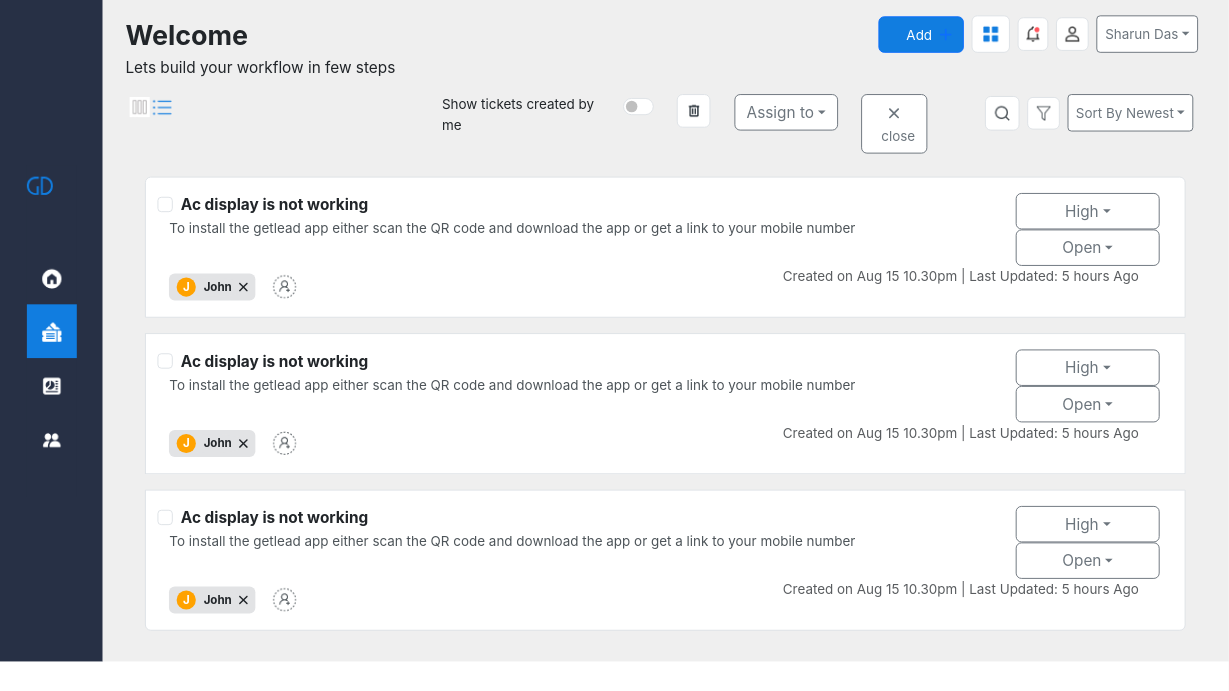
Repository: rishikarajeev/GL_HelpDesk
Page: /
An editor plug-in stored every save of this project. The page is shown before and after a run of saves, followed by the edit.
The browser window is 1280 px wide. The pictures show the whole page, at 96% of full size.
The project was rebuilt for these pictures with package versions that can differ from the ones it lists, and the page was loaded fresh each time. Also part of the build but not shown: src/App.css, src/Pages/HomePage.jsx.

Above is the page before, as saved 2024-01-11 14:12:19.

After the next 5 saves:
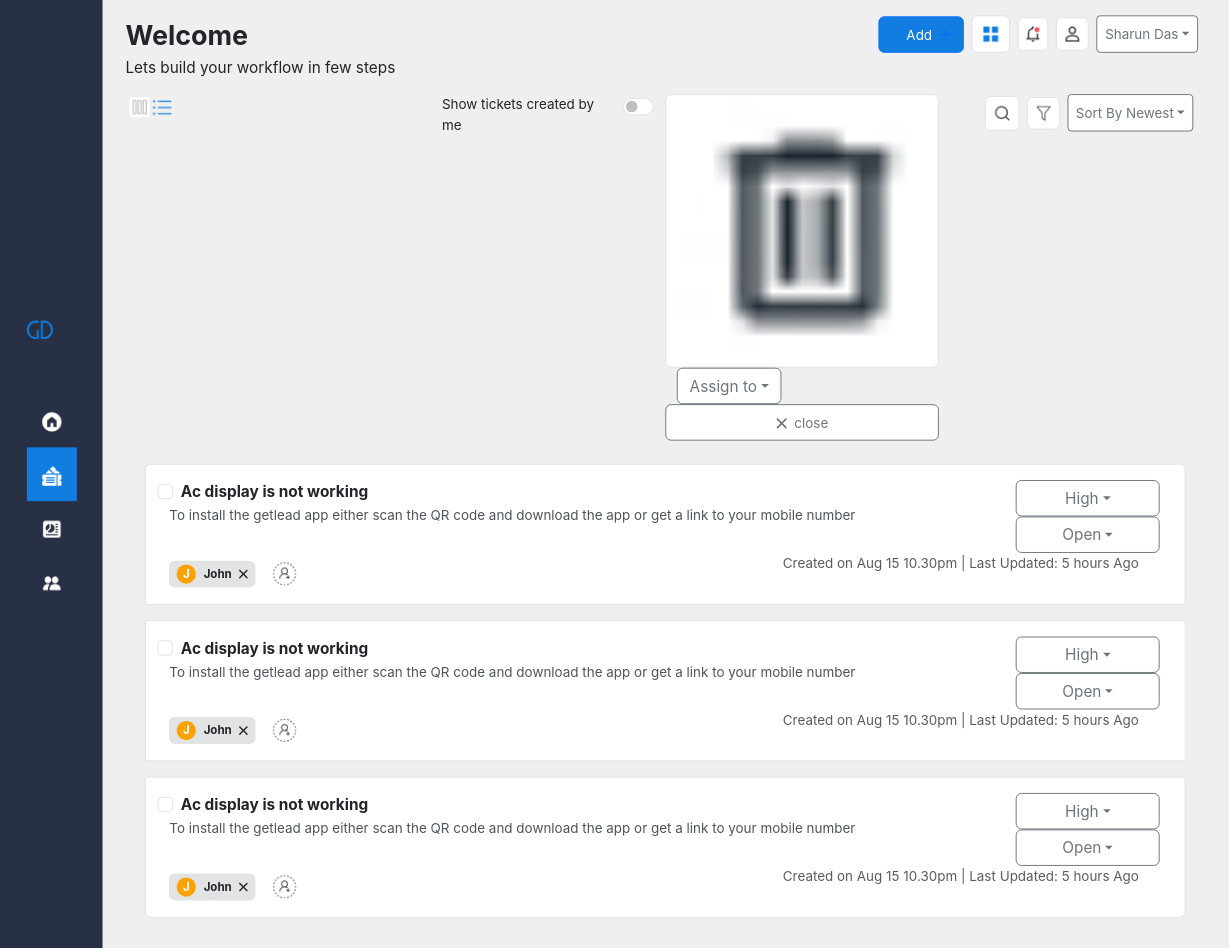
The 5 saves are shown as one change because they came seconds apart.
The last was saved 13 min 59 s later.
--- a/src/Pages/ViewTickets.jsx
+++ b/src/Pages/ViewTickets.jsx
@@ -49,14 +49,14 @@ function ViewTickets() {
         <Col className=" ">
 
           <Row >
-          <Col >
+
           <Image
             src={delete_icon}
             alt="Local Icon"
             className="img-thumbnail  bg-white p-2"
           />
-          </Col>
-          <Col>
+
+
             <Dropdown >
               <Dropdown.Toggle variant="outline-secondary" id="dropdown-basic"  className="bg-white" >
               Assign to
@@ -68,13 +68,12 @@ function ViewTickets() {
 
               </Dropdown.Menu>
             </Dropdown>
-            </Col>
-            <Col>
+
           <Button variant="btn btn-outline-secondary bg-white ">
             <FontAwesomeIcon icon={faTimes} className="small" />
             <span className="small ms-2">close</span>
           </Button>
-          </Col>
+
           </Row>
         </Col>
         <Col className="text-end d-none d-lg-block">
